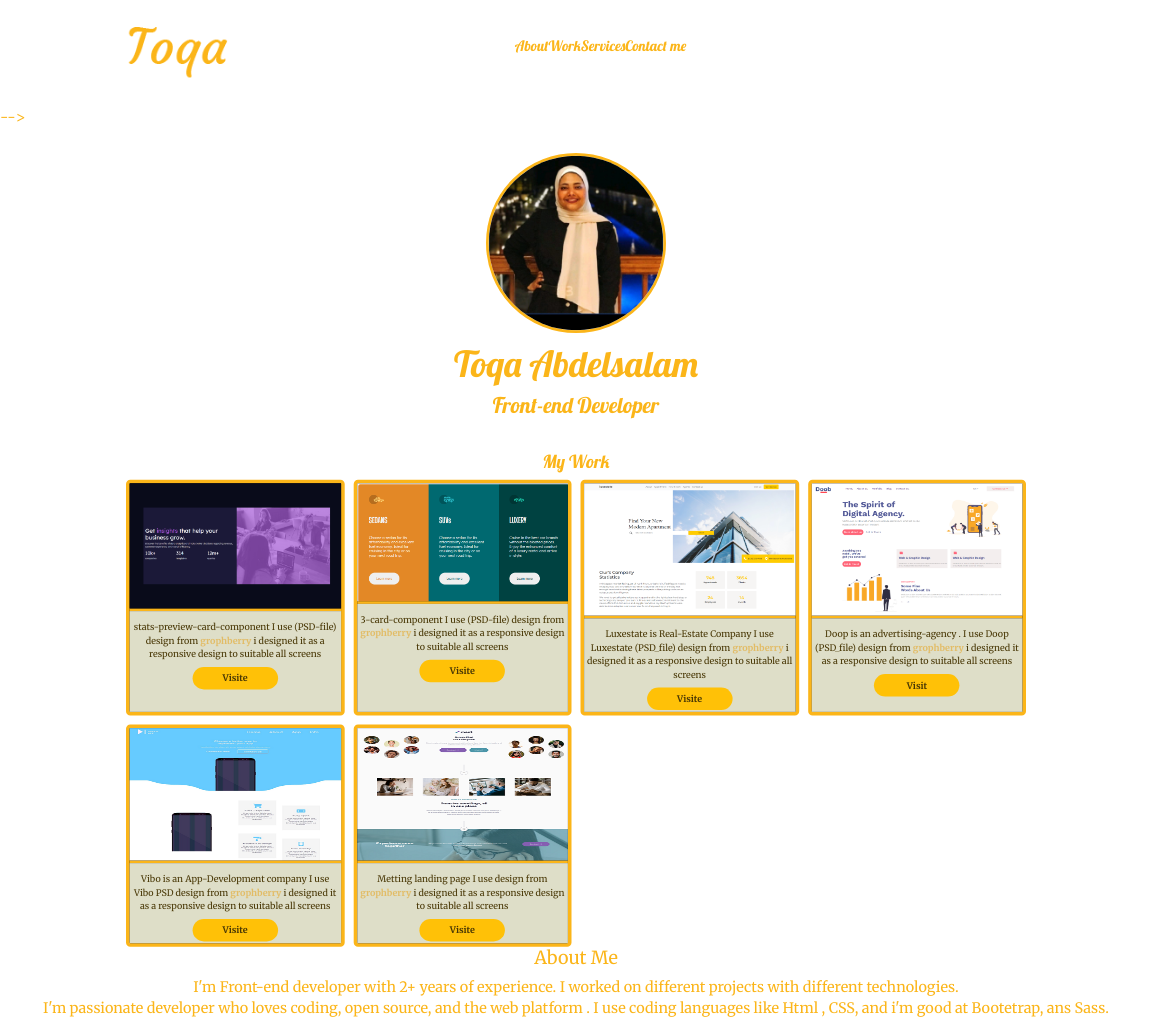
Repository: Toqa-25/portfolio
Page: index.html
These files come from the project's save history. The page is drawn as it stood at one moment and after the next save; the edit follows.
The browser window is 1280 px wide. The pictures show the whole page, at 90% of full size.
Some web fonts or font styles are not loaded; a fallback is used.

Above is the page before, as saved 2021-10-31 16:30:09.

### index.html
<!DOCTYPE html>
<html lang="en">
<head>
    <meta charset="UTF-8">
    <meta http-equiv="X-UA-Compatible" content="IE=edge">
    <meta name="viewport" content="width=device-width, initial-scale=1.0">
    <title>Toqa Portfolio</title>
      <!-- bootstrap file -->
      <link rel="stylesheet" href="css/all.min.css">
      <link rel="stylesheet" href="css/bootstrap.css">
      <!-- css file -->
      <link rel="stylesheet" href="css/style.css">
      <!-- fonts -->
      <link rel="preconnect" href="https://fonts.googleapis.com">
<link rel="preconnect" href="https://fonts.gstatic.com" crossorigin>
<link href="https://fonts.googleapis.com/css2?family=Lobster&family=Otomanopee+One&display=swap" rel="stylesheet">
<link rel="preconnect" href="https://fonts.googleapis.com">
<link rel="preconnect" href="https://fonts.gstatic.com" crossorigin>
<link href="https://fonts.googleapis.com/css2?family=Merriweather:ital,wght@0,300;0,400;0,700;0,900;1,300;1,400;1,700;1,900&display=swap" rel="stylesheet">
<link rel="preconnect" href="https://fonts.googleapis.com">
<link rel="preconnect" href="https://fonts.gstatic.com" crossorigin>
<link href="https://fonts.googleapis.com/css2?family=Bebas+Neue&family=Oswald:wght@200;300;400;500;600;700&display=swap" rel="stylesheet">
</head>
<body>
        <!-- header section -->
    <header class="pad">
       <div class="container">
         <div class="header-content">
           <div class="header-logo">
             <img src="images/logo.png" alt="logo">
           </div>
           <div class="header-nav">
             <div class="bar">
               <svg xmlns="http://www.w3.org/2000/svg" width="35" height="35" fill="#fbb519" class="bi bi-list" viewBox="0 0 16 16">
                 <path fill-rule="evenodd" d="M2.5 12a.5.5 0 0 1 .5-.5h10a.5.5 0 0 1 0 1H3a.5.5 0 0 1-.5-.5zm0-4a.5.5 0 0 1 .5-.5h10a.5.5 0 0 1 0 1H3a.5.5 0 0 1-.5-.5zm0-4a.5.5 0 0 1 .5-.5h10a.5.5 0 0 1 0 1H3a.5.5 0 0 1-.5-.5z"/>
               </svg>
             </div>
             <ul class="list unlist">
                 <li>About</li>
                 <li>Work</li>
                 <li>Services</li>
                 <li>Contact me</li>
                 <!-- <li>Reviews</li> -->
             </ul>

           </div>
         </div>
         </div>
        </header><!-- end header section -->
       <!-- <div role="bar">
      <ul class="hidden-bar">
        <li>About</li>
        <li>Work</li>
        <li>Services</li>
        <li>Contact me</li>
        <!-- <li>Reviews</li> -->
      <!-- </ul>
      </div> -->
    <!-- </nav> --> -->

    <!-- information  section -->
    <section  class="inform pad">
      <div class="main-inform " role="main">
        <div class="inform-info">
        <img src="images/toqa.jpg" alt=""><br>
        <h1>Toqa Abdelsalam</h1>
        <h4>Front-end Developer</h4>
      </div>
      </div>
    </section>

      <section class="section container work">
      <h5>My Work</h5>
      <div class="card-groups">
      <div class="project card" role="menu">
        <img src="images/toqa-25.github.io_stats-preview-card-component-main_.png" alt="">
        <p>stats-preview-card-component
      I use  (PSD-file) design from <span> <a href="https://www.frontendmentor.io/">grophberry</a></span>
  i designed it as a responsive design to suitable all screens <br>
  <button><a href="https://toqa-25.github.io/stats-preview-card-component-main/">Visite</a></button>
 </p>
 </div>
      <div class="project card" role="menu">
        <img src="images/toqa-25.github.io_3-cards-component3_.png" alt="">
        <p>3-card-component
      I use (PSD-file) design from <span> <a href="https://www.frontendmentor.io/">grophberry</a></span>
  i designed it as a responsive design to suitable all screens <br>
  <button><a href="https://toqa-25.github.io/3-cards-component/">Visite</a></button>
 </p>
 </div>
      <div class="project card" role="menu">
          <img src="images/destop-luxestate - Copy (1).png" alt="">
          <p>Luxestate is Real-Estate Company
        I use Luxestate (PSD_file) design from <span> <a href="https://www.graphberry.com/">grophberry</a></span>
    i designed it as a responsive design to suitable all screens <br>
    <button><a href="https://toqa-25.github.io/luxstate-project-/">Visite</a></button>
   </p>
   </div>
      <div class="project card" role="menu">
          <img src="images/web_design.png" alt="">
          <p>Doop is an advertising-agency .
        I use Doop (PSD_file) design from <span> <a href="https://www.graphberry.com/">grophberry</a></span>
    i designed it as a responsive design to suitable all screens <br>
    <button><a href="https://toqa-25.github.io/simply-agency/">Visit </a></button>
   </p>
   </div>
      <div class="project card" role="menu">
        <img src="images/Vibo_App(desktop)_toqa-25.github.io2.png" alt="">
          <p>Vibo is an App-Development company
        I use Vibo PSD design from <span> <a href="https://www.graphberry.com/">grophberry</a></span>
    i designed it as a responsive design to suitable all screens <br>
    <button><a href="https://toqa-25.github.io/vibo-app/">Visite</a></button>
   </p>
   </div>
   <div class="project card" role="menu">
    <img src="images/toqa-25.github.io_landing-meeting-page_desktop.png" alt="">
    <p>Metting landing page
  I use  design from <span> <a href="https://www.frontendmentor.io/">grophberry</a></span>
i designed it as a responsive design to suitable all screens <br>
<button><a href="https://toqa-25.github.io/landing-meeting-page/">Visite</a></button>
</p>
</div>
   </div>
      </section>

      <section class="section about">

          <h5>About Me</h5>
      <p> I'm Front-end developer with 2+ years of experience. I worked on different projects with different technologies. <br>
       I'm passionate developer who loves coding, open source, and the web platform .
       I use coding languages like Html , CSS, and i'm good at Bootetrap, ans Sass. </p>
      </section>

</body>
</html>

### css/style.css
/*
    public style
***********************
*/
:root{
    --main-color:#fbb519;
    --section-padding:30px;
}
* , *:after , *:before{
    box-sizing: border-box;
    margin: 0;
    padding: 0;
}
body{
    font-family: 'Merriweather', serif;
    color:var(--main-color);
}
.pad{
    padding: var(--section-padding) 0;
}
.container
{
  width: 80%;
  margin:auto;
}
 .pad h5{
    text-align: center;
    font-family: 'Lobster';
    margin-bottom: 15px;
 }
 .unlist{
     list-style: none;
 }
/*
    header style
***********************
*/
 header{
    font-family: 'Lobster', cursive;
 }
 .header-content{
    display: flex;
}
.header-logo{
    width:40%;
}
.header-nav{
    width:60%;
    display: flex;
    justify-content: space-between;
    align-items: center; */
 }
 .bar{
     display: none;
 }
 .header-nav .list{
     display: flex;
     justify-content: space-between;
 }
  nav img{
     margin-top:10px;
 }
 nav .list{
     width: 50%;
    margin-top:20px;
    list-style: none;
    color:var(--main-color);
    display: flex;
    justify-content: space-evenly;
    cursor: pointer;
    font-size: 20px;
 }
 nav .list li{
     font-size: 20px;
     transition: .2s;
     -webkit-transition: .2s;
     -moz-transition: .2s;
     -ms-transition: .2s;
     -o-transition: .2s;
    }
    nav .list li:hover{
        border-bottom: 2px solid var(--main-color);
    }


.bar{
     position: relative;
 }
  .hidden-bar {
     display: block;
     color:var(--main-color);
     position: absolute;
    top: 25px;
    left: 45px;
     background-color: #f5f5dc91;
     list-style: none;
     border-radius: 8px;
     padding: 10px;

 }
/* media quary for header*/
 @media (min-width: 767px){
   /* .list {
      display: none;
  } */
  /* div{
      display: block;
      padding: 15px;
  } */
  .main-inform  h2{
    font-size: 20px;
    line-height: 2rem;
  }
  .main-inform img{
    width: 100px;
    height: 100px;
 }
}
 @media (min-width: 768px){
     /* nav div{
         display: none;

     } */
 }


 /* .hidden-bar{
    display: none;

} */
.hidden-bar li:hover{
 padding: 5px;
 font-size: 25px;
}
/*
    my image style
***********************
*/

 .main-inform{
    color: var(--main-color);
    text-align: center;
    /* background-image: url(../images/mohammad-rahmani-8qEB0fTe9Vw-unsplash.jpg); */
    height: 300px;
    display: flex;
    align-items: center;
    justify-content: center;
    /* font-family: 'Bebas Neue', cursive; */
     /* font-family: 'Oswald', sans-serif; */
     font-family: 'Lobster', cursive;


 }
 .main-inform img{
     width: 200px;
     height: 200px;
     border:3px solid;
     border-radius: 50%;
     -webkit-border-radius: 50%;
     -moz-border-radius: 50%;
     -ms-border-radius: 50%;
     -o-border-radius: 50%;
     margin-bottom: 10px;
}
 h2{
    color: #dad3d3;
    text-transform: uppercase;
    line-height: 3rem;
 }
 span{
     color:var(--main-color)
 }
 .card-groups{
     display: grid;
    grid-template-columns:repeat(4,1fr);
    gap:10px;
 }
 .work h5{
    text-align: center;
    font-family: 'Lobster';
 }
.card {
    width: 100%;
    height: 100%;
    position: relative;
    display: flex;
    flex-direction: column;
    min-width: 0;
    word-wrap: break-word;
    background-color: black;
    background-clip: border-box;
    border: 4px solid var(--main-color);
    border-radius: 0.3rem;
}

.card img{
    max-width:100%;
    max-height: 150px;
    border-bottom: 3px solid;
}
.card img:hover{
   transform: scale(1.1);
   -webkit-transform: scale(1.1);
   -moz-transform: scale(1.1);
   -ms-transform: scale(1.1);
   -o-transform: scale(1.1);
}
.card p{
    margin-bottom: 1rem;
    background-color: black;
    font-size: 10px;
    padding: 2px;
    margin: 0px;
    margin-top: 0px;
    width: 100%;
    height: 100%;
    text-align: center;
    color:#483705;
    background-color: #f5f5dce8;
    padding-top: 10px;

}
.card p a{
    text-decoration: none;
    color: #e2bc66;
    font-weight: bolder;
}
.card p:hover{

}

.card button{
    width: 95px;
    text-align: center;
    background-color: #ffc107;
    border: none;
    border-radius: 15px;
    padding: 5px;
    margin-top: 7px;
}
.card button:hover{
    width:120px;
    padding: 10px;
}
.card button a{
    text-decoration: none;
    color: #483705;
}

.about{
    text-align: center;

}

/*
           media quary style
    ***************************************
        //extra small devices @media (maxwidth:575px)
        //small devices @media (maxwidth:767px)
        //medium devices @media (maxwidth:991px)
        //large devices @media (maxwidth:1199px)
*/

Loaded but not shown: css/all.min.css (library); css/bootstrap.css (library)

After the next save:
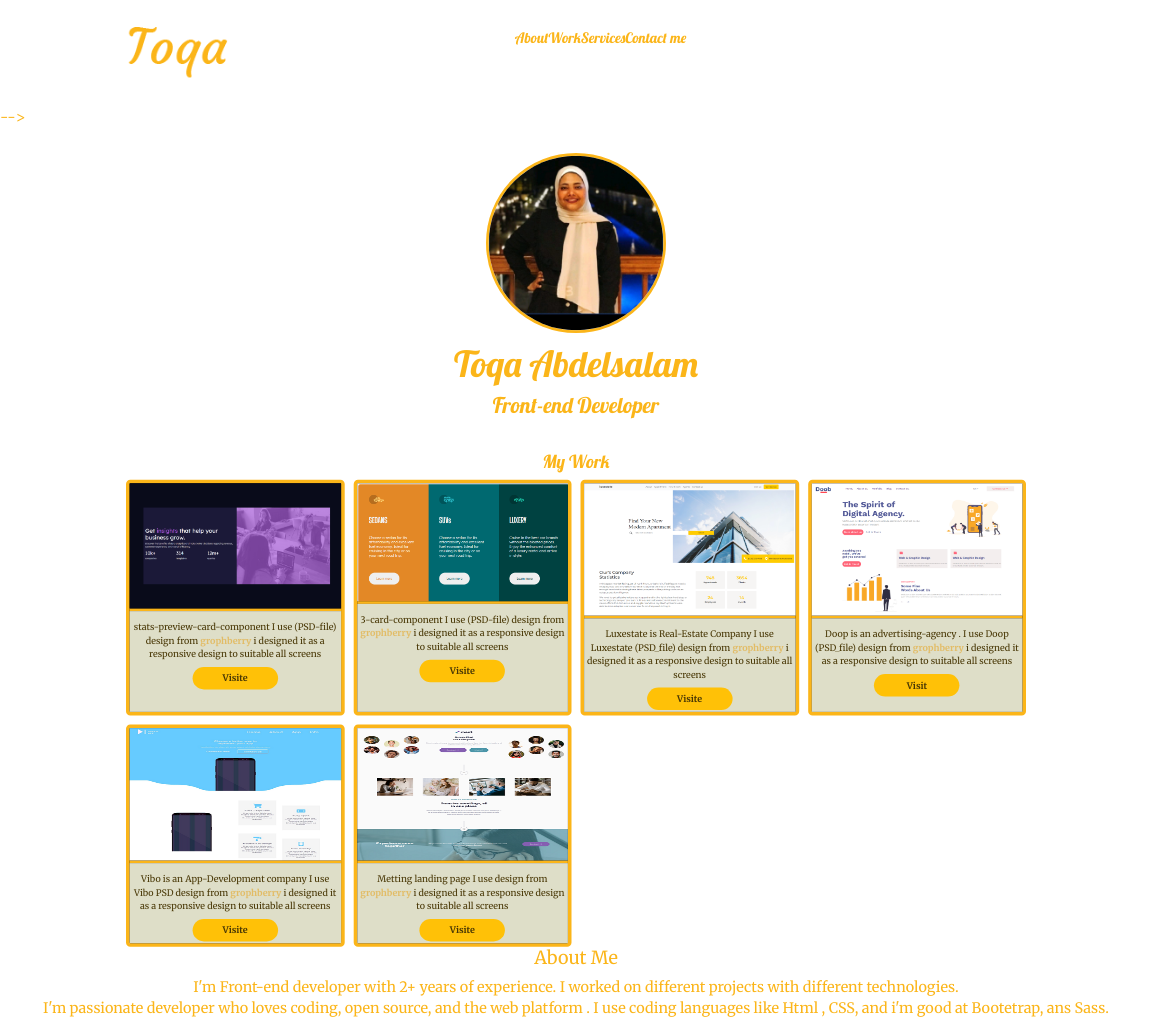
Saved 5 s later.
--- a/css/style.css
+++ b/css/style.css
@@ -47,7 +47,7 @@ body{
 .header-nav{
     width:60%;
     display: flex;
-    justify-content: space-between;
+   /* justify-content: space-between;
     align-items: center; */
  }
  .bar{
